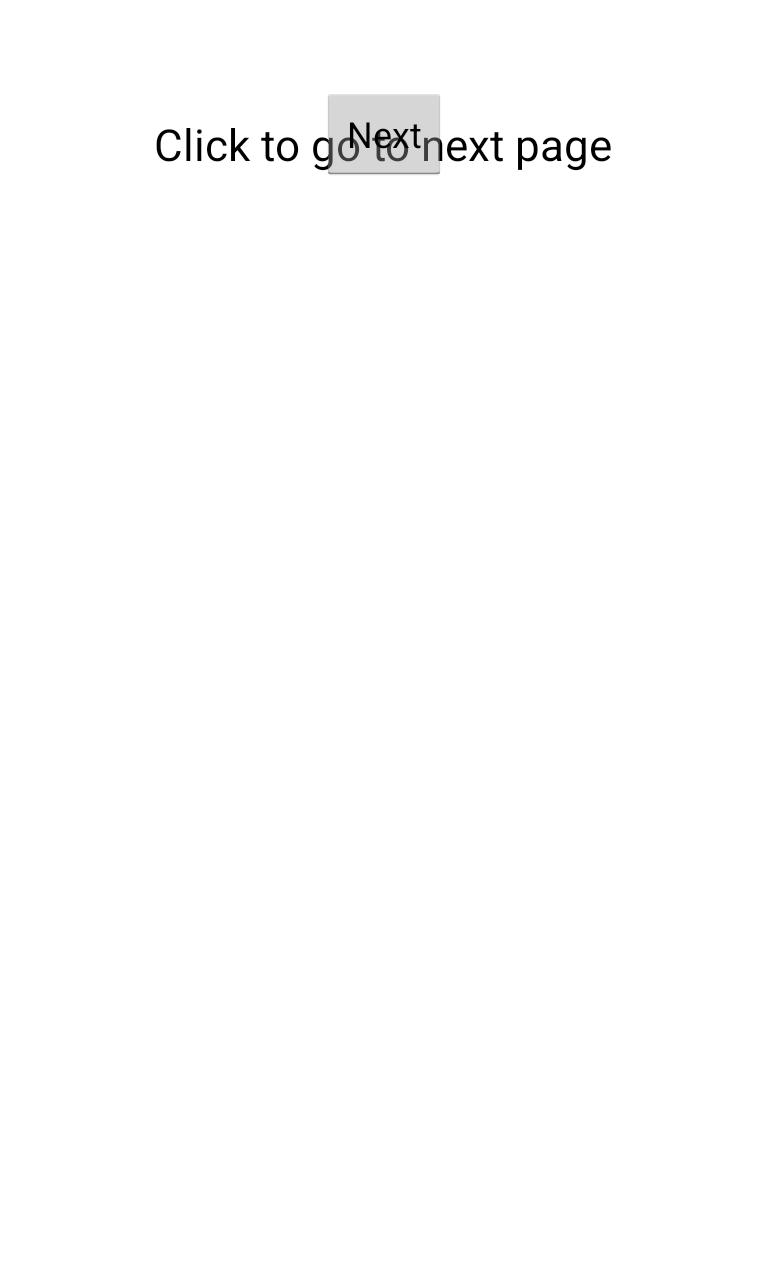
Repository: priyankaaj/practiced-apps
Layout: Intents/res/layout/activity_main.xml
The author's editor kept a copy of each file at every save. The layout is drawn from the files as they stood at one save, then again after the next save.
It is drawn on a 768 x 1280 px phone screen (xhdpi) without system bars, with theme AppTheme; the app's code is not run.

Above is the layout before, as saved 2015-10-01 14:12:30.

### Intents/res/layout/activity_main.xml
<RelativeLayout xmlns:android="http://schemas.android.com/apk/res/android"
    xmlns:tools="http://schemas.android.com/tools"
    android:layout_width="match_parent"
    android:layout_height="match_parent"
    android:paddingBottom="@dimen/activity_vertical_margin"
    android:paddingLeft="@dimen/activity_horizontal_margin"
    android:paddingRight="@dimen/activity_horizontal_margin"
    android:paddingTop="@dimen/activity_vertical_margin"
    tools:context=".MainActivity" >

    <TextView
        android:id="@+id/textViewmsg"
        android:layout_width="wrap_content"
        android:layout_height="wrap_content"
        android:layout_alignParentTop="true"
        android:layout_centerHorizontal="true"
        android:layout_marginTop="41dp"
        android:text="Click to go to next page"
        android:textAppearance="?android:attr/textAppearanceLarge" />

    <Button
        android:id="@+id/buttonnextpage"
        android:layout_width="wrap_content"
        android:layout_height="wrap_content"
        android:layout_below="@+id/textView2"
        android:layout_centerHorizontal="true"
        android:layout_marginTop="27dp"
        android:text="Next" />

</RelativeLayout>

Loaded but not shown: Intents/res/values/styles.xml (common file); Intents/res/values-v11/styles.xml (common file); Intents/res/values-v14/styles.xml (common file); Intents/res/values/dimens.xml (common file)

After the next save:
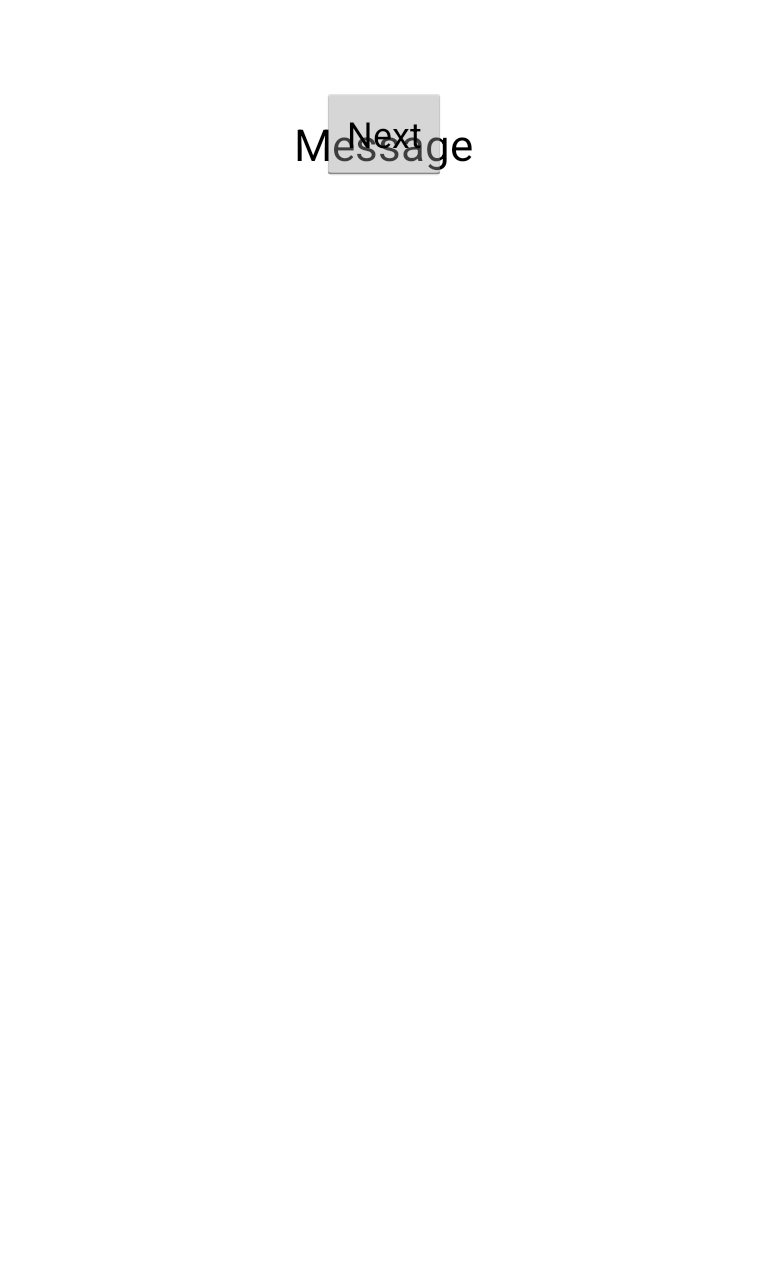
Saved 16 s later.
--- a/Intents/res/layout/activity_main.xml
+++ b/Intents/res/layout/activity_main.xml
@@ -15,7 +15,7 @@
         android:layout_alignParentTop="true"
         android:layout_centerHorizontal="true"
         android:layout_marginTop="41dp"
-        android:text="Click to go to next page"
+        android:text="Message"
         android:textAppearance="?android:attr/textAppearanceLarge" />
 
     <Button
